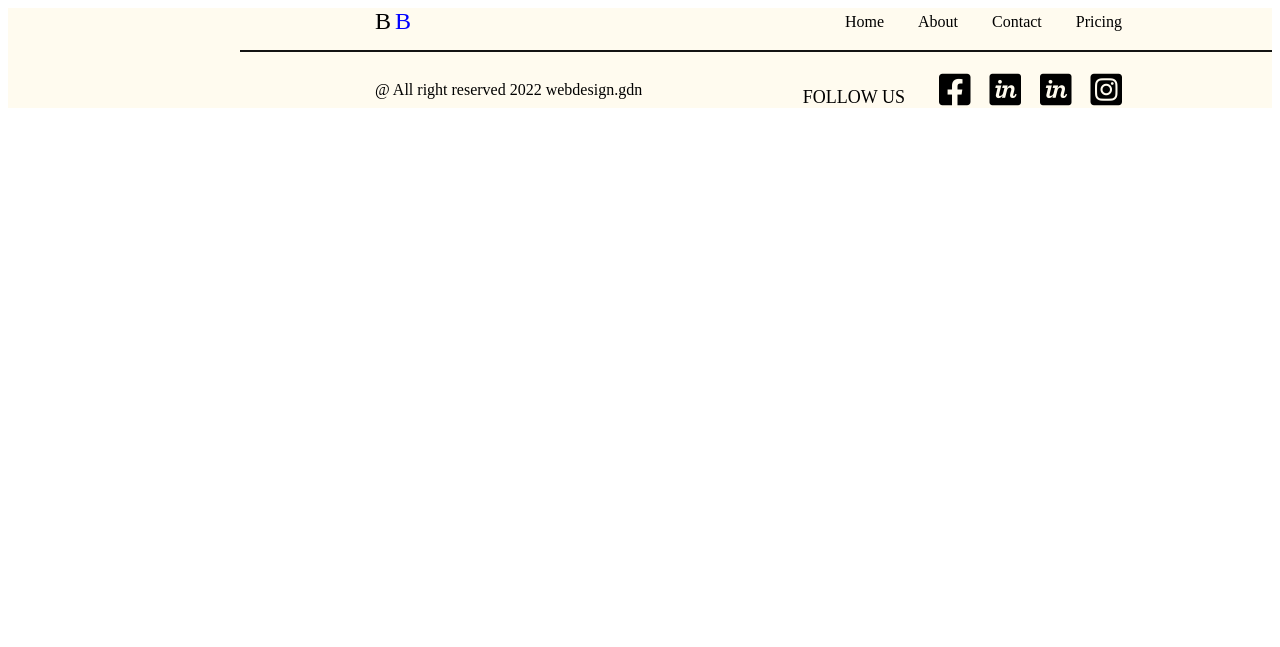
Repository: ngocphuocha/4lifeteam-marketing-agency
Page: index.html
The author's editor kept a copy of each file at every save. The page is drawn from the files as they stood at one save, then again after the next save.
The browser window is 1280 px wide. The pictures show the whole page.

Above is the page before, as saved 2023-03-13 17:20:09.

After the next save:
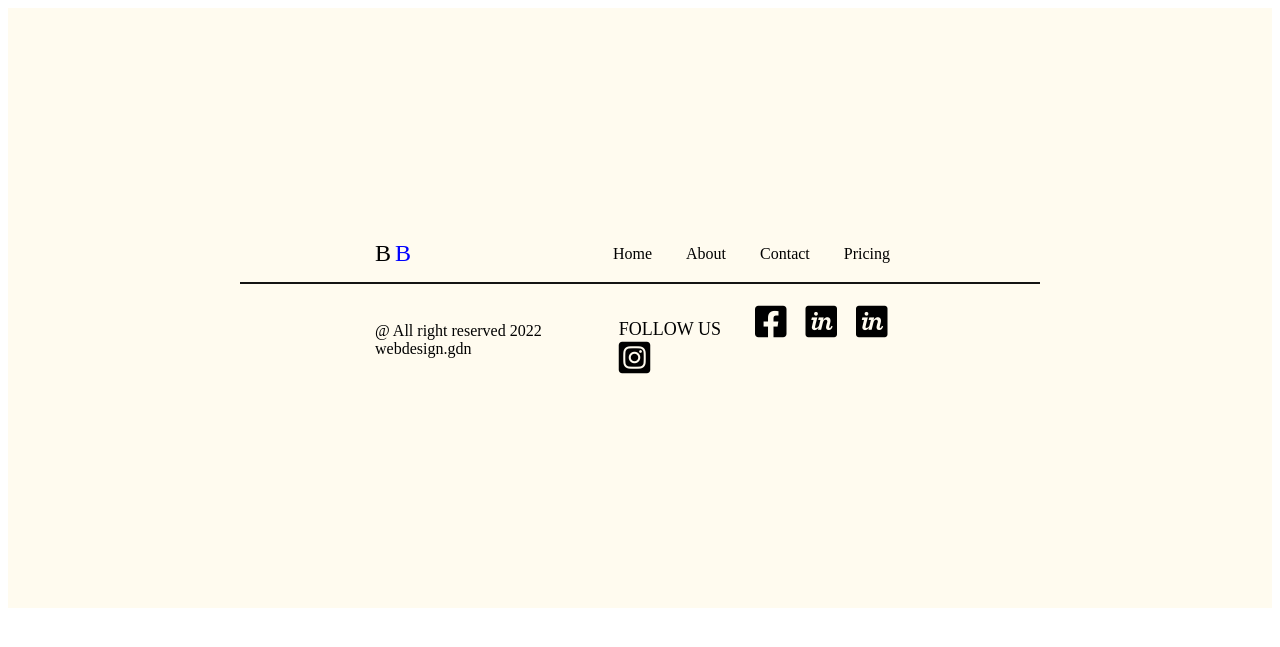
Saved 6 s later.
--- a/css/footer-service.css
+++ b/css/footer-service.css
@@ -1,7 +1,7 @@
 /*Nguyen Thanh*/
   .background-footer{
     background: #FFFBEF;
-    padding: 0px 0px 0px 232px;
+    padding: 232px;
   }
 
   .background-footer .container{
